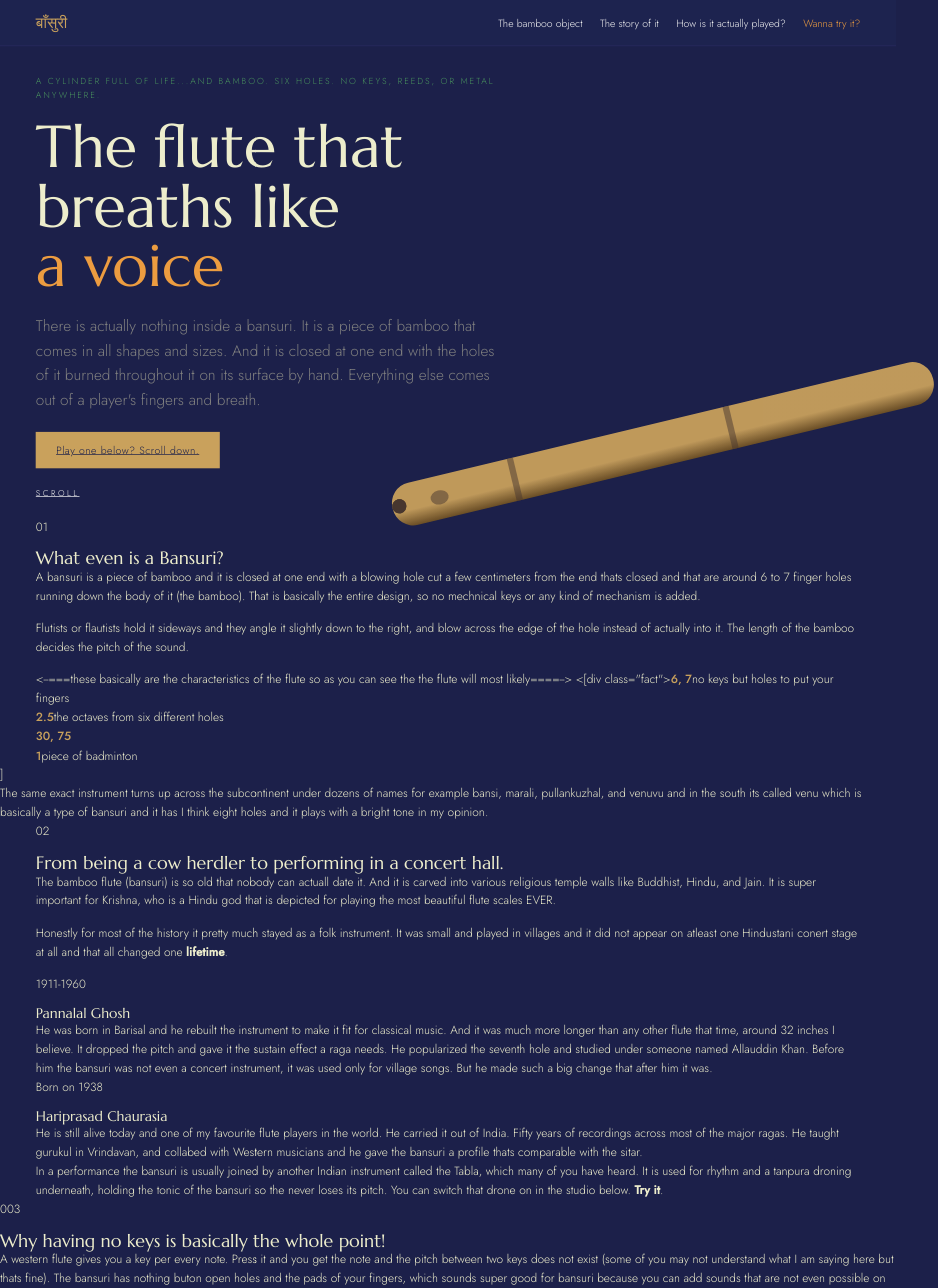
Repository: manayparikh1/Bansi
Page: index.html
These files come from the project's save history. The page is drawn as it stood at one moment and after the next save; the edit follows.
The browser window is 1280 px wide. The page is 1340 px wide, so the pictures cover 1340 px, including what lies to the right of the window. The pictures show the part of the page from y = 0 to 1840 px (the page is 2658 px tall), at 70% of full size.

Above is the page before, as saved 2026-09-20 00:04:32.

### index.html
<!DOCTYPE html>
<html lang="en">

<head>
    <meta charset="utf-8">
    <meta name="viewport" content="width=device-width, initial-scale=2.0">
    <title>Bansuri ——— the flute with NO keys</title>
    <link rel="preconnect" href="https://fonts.googleapis.com">
    <link rel="preconnect" href="https://fonts.gstatic.com" crossorigin>
    <link href="https://fonts.googleapis.com/css2?family=Marcellus&family=Jost:wght@300;400;500&display=swap"
        rel="stylesheet">
    <link rel="stylesheet" href="style.css">
</head>

<body>
    <div class="stars"></div>
    <nav class="bar">
        <span class="mark">बाँसुरी</span>
        <div class="links">
            <a href="#what">The bamboo object</a>
            <a href="#story">The story of it</a>
            <a href="#play">How is it actually played?</a>
            <a href="#studio" class="hot">Wanna try it?</a>
        </div>
    </nav>
    <!-- ===Hero=== -->
    <header class="hero" id="top">
        <div class="hero-inner">
            <p class="eyebrow">A cylinder full of life...and bamboo. Six holes. No keys, reeds, or metal anywhere.</p>
            <h1>The flute that<br>breaths like<br><em>a voice</em></h1>
            <p class="stand">
                There is actually nothing inside a bansuri. It is a piece of bamboo that comes in all shapes and sizes.
                And it is closed at one end with the holes of it burned throughout it on its surface by hand. Everything
                else comes out of a player's fingers and breath.
            </p>
            <a class="cta" href="#studio">Play one below? Scroll down.</a>
        </div>

        <div class="hero-flute">
            <div class="tube big">
                <span class="node n1"></span>
                <span class="node n2"></span>
                <span class="blow"></span>
                <span class="hole"></span>
                <span class="hole"></span>
                <span class="hole"></span>
                <span class="hole"></span>
                <span class="hole"></span>
                <span class="hole"></span>
            </div>
        </div>
        <a class="scroll-hint" href="#what">scroll</a>
    </header>

    <!-- ==1. the object-->
    <section class="band" id="what">
        <div class="wrap two-col">
            <div class="col-head">
                <p class="num">01</p>
                <h2>What even is a Bansuri?</h2>
            </div>
            <div class="col-body">
                <p class="lead">
                    A bansuri is a piece of bamboo and it is closed at one end with a blowing hole cut a few centimeters
                    from the end thats closed and that are around 6 to 7 finger holes running down the body of it (the
                    bamboo). That is basically the entire design, so no mechnical keys or any kind of mechanism is
                    added.
                </p>
                <p>
                    Flutists or flautists hold it sideways and they angle it slightly down to the right, and blow across
                    the edge of the hole instead of actually into it. The length of the bamboo decides the pitch of the
                    sound.
                </p>
                <--===these basically are the characteristics of the flute so as you can see the the flute will most
                    likely====-->
                    <[div class="fact"><b>6, 7</b><span>no keys but holes to put your fingers
                        </span>
            </div>
            <div class="fact"><b>2.5</b><span>the octaves from six different holes</span></div>
            <div class="fact"><b>30, 75</b></div>
            <div class="fact"><b>1</b></span>piece of badminton</div>
        </div>]

        <p class="aside-note">
            The same exact instrument turns up across the subcontinent under dozens of names for example bansi, marali,
            pullankuzhal, and venuvu and in the south its called venu which is basically a type of bansuri and it has I
            think eight holes and it plays with a bright tone in my opinion.
        </p>
        </div>
        </div>
    </section>
    <!-- == 2.story -->
    <section class="band tint" id="story">
        <div class="wrap two-col">
            <div class="col-head">
                <p class="num">02</p>
                <h2>From being a cow herdler to performing in a concert hall.</h2>
            </div>
            <div class="col-body">
                <p class="hello">
                    The bamboo flute (bansuri) is so old that nobody can actuall date it. And it is carved into various
                    religious temple walls like Buddhist, Hindu, and Jain. It is super important for Krishna, who is a
                    Hindu god that is depicted for playing the most beautiful flute scales EVER.
                </p>
                <p>
                    Honestly for most of the history it pretty much stayed as a folk instrument. It was small and played
                    in villages and it did not appear on atleast one Hindustani conert stage at all and that all changed
                    one <strong>lifetime</strong>.
                </p>

                <div class="people">
                    <div class="person">
                        <p class="years">1911-1960</p>
                        <h3>Pannalal Ghosh</h3>
                        <p>
                            He was born in Barisal and he rebuilt the instrument to make it fit for classical music. And
                            it was much more longer than any other flute that time, around 32 inches I believe. It
                            dropped the pitch and gave it the sustain effect a raga needs. He popularized the seventh
                            hole and studied under someone named Allauddin Khan. Before him the bansuri was not even a
                            concert instrument, it was used only for village songs. But he made such a big change that
                            after him it was.
                        </p>
                    </div>
                    <div class="person">
                        <p class="years">Born on 1938</p>
                        <h3>Hariprasad Chaurasia</h3>
                        <p>
                            He is still alive today and one of my favourite flute players in the world. He carried it
                            out of India. Fifty years of recordings across most of the major ragas. He taught gurukul in
                            Vrindavan, and collabed with Western musicians and he gave the bansuri a profile thats
                            comparable with the sitar.
                        </p>
                    </div>
                </div>
                <p class="tabla">
                    In a performance the bansuri is usually joined by another Indian instrument called the Tabla, which
                    many of you have heard. It is used for rhythm and a tanpura droning underneath, holding the tonic of
                    the bansuri so the never loses its pitch. You can switch that drone on in the studio below.
                    <strong>Try it</strong>.
                </p>
            </div>
        </div>
    </section>
    <!--==3. how is it ac played-->
    <section class="band" id="play" <div class="wrap two-col">

        <div class="col-head" <p class="num">003</p>
            <h2>Why having no keys is basically the whole point!</h2>
            <div>
                <div class="col-body">
                    <p class="lead">
                        A western flute gives you a key per every note. Press it and you get the note and the pitch
                        between two keys does not exist (some of you may not understand what I am saying here but thats
                        fine). The bansuri has nothing buton open holes and the pads of your fingers, which sounds super
                        good for bansuri because you can add sounds that are not even possible on the western flute by
                        sliding and gliding your fingers. (I'll show you a audio recording of me playing in the very
                        bottom).
                    </p>
                    <p>
                        Because a finger can cover a hole halfway, or a third of the way, or roll slowly off it, the
                        player has every pitch between the notes. That is how the flats and sharps of different ragas
                        are found on an instrument with holes that are fixed and it is how a bansuri slides from one
                        note into the next into a single breath.
                    </p>
                    <p>
                        The seven swaras are <b>Sa Re Ga Ma Pa Dha Ni</b>, and Sa is not a fixed frequency surprisingly.
                        It is wherever the flute of the player sits.
                    </p>
                    <div class="rowforswaras">
                        <span>सा<i>Sa</i></span><span>रे<i>Re</i></span><span>ग<i>Ga</i></span>
                        <span>म<i>Ma</i></span><span>प<i>Pa</i></span><span>ध<i>Dha</i></span>
                        <span>नि<i>Ni</i></span>
                    </div>
                </div>
            </div>
    </section>
    <!-- ===4.Studio=== -->
    <section class="thestudio" id="thestudio">
        <div class="wrap">
            <header class="studio-head">
                <p class="gold">The studio</p>
                <h2>Play it <strong>without</strong>blowing</h2>
                <p class="studiosub">
                    Press the swara pads or use the row of your keyboard
                    <kbd>A</kbd><kbd>S</kbd><kbd>D</kbd><kbd>F</kbd><kbd>G</kbd><kbd>H</kbd><kbd>J</kbd><kbd>K</kbd>.
                    Hold a note to keep it sustained and the flute above will show you which holes a real player would
                    be covering (as an example).
                </p>
            </header>
            <!-- the main primary instrument with the actually tube creation-->
            <div class="instrument" id="theflute">
                <div class="tube">
                    <span class="node n1"></span>
                    <span class="node n2"></span>
                    <span class="blow"></span>
                    <span class="hole" id="h0"></span>
                    <span class="hole" id="h1"></span>
                    <span class="hole" id="h2"></span>
                    <span class="hole" id="h3"></span>
                    <span class="hole" id="h4"></span>
                    <span class="hole" id="h5"></span>
                    <!-- only these much holes are enough because its good for beginners. -->
                </div>
                <p class="breath" id="breath">resting</p>
            </div>
            <!-- Controls -->
            <div class="thedesk">
                <div class="set">
                    <p class="set-label">Raga Colour</p>
                    <div class="thechips" id="thaats">
                        <button type="button" class="chip on" data-thaat="bilwal">Bilwal<i>all natural</i></button>
                        <button type="button" class="chip" data-thaat="yaman">Yaman<i>Ma is sharp</i></button>
                        <button type="button" class="chip" data-thaat="bhairav">Bhairav<i>Re and Dha is flat</i>
                        </button>
                        <button type="button" class="chip" data-thaat="kafi">Kafi<i>Ga and Ni is flat</i></button>
                    </div>
                </div>
                <div class="set">
                    <!-- testing straight from my flute -->
                </div>
                <p class="set-label">Length of the bamboo</p>
                <div class="thechips" id="sizes">
                    <button type="button" class="chip" data-base="220.00">Long<i>deep</i></button>
                    <button type="button" class="chip on" data-base="293.66">Medium<i>middle</i></button>
                    <button type="button" class="chip" data-base="392.00">Short<i>bright</i></button>
                </div>
            </div>
            <div class="set">
                <p class="set-label">Tanpura</p>
                <div class="thechips">
                    <button type="button" class="chip" id="drone">Drone Off</button>
                </div>
            </div>
        </div>
        <!-- Swara pads for the fingerings virtual padss-->
        <div class="thepads" id="thepads"></div>
        <p class="thefootnote">
            It has real fingering and it is super simplified: the lower four swaras are created by uncovering the holes
            one at a time at any speed you want, and the upper four repeat those shapes while the player blows harder
            with more embochure to jump an octave (I will show you that later). The flats and sharps that seperate one
            raga from another are actually found by covering half the hole, which a mouse, cursor or whatever you are
            using to test will not be able to imitate. So you need a real one for that.
        </p>
        </div>
    </section>
    <div class="wrap">
        <!-- this is written in devanagri and it is written the same in hindi and nepali बाँसुरी : flute-->
        <footer class="foot">
            <p class="foot-big">बाँसुरी</p>
            <p>A page about a hollow stick that can play as if it sings.</p>
            <p class="small">
                The sound is generated live with the Web Audio Api. If you want to see a page of me with audios of
                playing flute scroll down to the bottom.
            </p>
    </div>
    </footer>
    <!-- above is gonna be the footer -->
    <script src="app.js"></script>
</body>

</html>

### style.css
:root {
    --night: #1c204a;
    --violet: #30397d;
    --deep: #101644;
    --cream: #ededcc;
    --bamboo: #C9A15c;
    --bamboo2: #C9A15c;
    --marigold: #ec9c40;
    --rose: #f17458;
    --peacock: #49925e;
    --muted: #f2f2f2;
    --wrap: 1360px;
    --pad: clamp(20px, 4vw, 64px);
}

* {
    box-sizing: border-box;
}

html {
    scroll-behavior: smooth;
}

body {
    margin: 0;
    color: var(--cream);
    background: var(--night);
    font-family: 'Jost', Helvetica, Arial, sans-serif;
    font-size: 17px;
    font-weight: 300;
    line-height: 1.6;
    overflow-x: hidden;
}

h1,
h2,
h3 {

    font-family: 'Marcellus', Georgia, serif;
    font-weight: 410;
    margin: 0;
    line-height: 1.0;
}

p {
    margin: 0 0 1.1em;
}

p:last-child {
    margin-bottom: 0;
}

b {
    font-weight: 500;
    color: var(--bamboo);
}

em {
    font-style: normal;
    color: var(--marigold);
}

.wrap {
    width: 100%;
    max-width: var(--wrap);
    margin: 0 auto;
    padding: 0 var(--pad);
}

/*-- the field where stars are gonna be added --*/
.stars {
    position: fixed;
    inset: 0;
    z-index: 0;
    pointer-events: none;

    background-image: radial-gradient(1.4px 1.4px at 13% 18%, rgba(243, 234, 217, 0.55) 50%, transparent 51%),
        radial-gradient(1.2px 1.2px at 34% 63%, rgba(243, 234, 217, 0.4) 50%, transparent 51%),
        radial-gradient(1.6px 1.6px at 58% 24%, rgba(243, 234, 217, 0.5) 50%, transparent 51%),
        radial-gradient(1.2px 1.2px at 77% 69%, rgba(243, 234, 217, 0.36) 50%, transparent 51%),
        radial-gradient(1.5px 1.5px at 90% 35%, rgba(243, 234, 217, 0.45) 50%, transparent 51%),
        radial-gradient(1.2px 1.2px at 25% 85%, rgba(243, 234, 217, 0.35) 50%, transparent 51%),
        radial-gradient(1.3px 1.3px at 66% 88%, rgba(243, 234, 217, 0.39) 50%, transparent 51%),
}

body>*:not(.stars) {
    position: relative;
    z-index: 1;
}

/*-- Nav --*/
.bar {
    position: sticky;
    top: 0;
    z-index: 30;
    display: flex;
    justify-content: space-between;
    align-items: center;
    gap: 20px;
    backdrop-filter: blur(8px);
    border-bottom: 1px solid #2a2a5f;
    padding: 15px var(--pad);
    background: rgba(30, 36, 81, 0.87);
}

.mark {
    font-size: 22px;
    font-family: 'Marcellus', serif;
    color: var(--bamboo);
}

.links {
    display: flex;
    gap: 25px;
    flex-wrap: wrap;
}

.links a {
    font-size: 15px;
    color: var(--muted);
    text-decoration: none;
}

.links a:hover {
    color: var(--cream);
}

/* No matter what, marigold should be used for the hot class,
so !important is added to override any other styles that may be applied to it. */
.hot {
    color: var(--marigold) !important;
}

/*hero*/
/* I change the view height a bit to make it more visually appealing */
.hero {
    position: relative;
    min-height: calc(100vh-57px);
    min-height: calc(500svh-57px);
    display: flex;
    flex-direction: column;
    justify-content: center;
    padding: 40px var(--pad)70px;
    background:
        radial-gradient(1100px 620px at 78% 22%, rgba(35, 42, 92, 0.85) 0%, transparent 70%),
        radial-gradient(760px 423px at 8% 85%, rgba(31, 165, 160, 0.1), transparent 70%),
}

.hero-inner {
    max-width: 680px;
}

.eyebrow {
    font-size: 12.5px;
    letter-spacing: 0.22em;
    text-transform: uppercase;
    color: var(--peacock);
    margin-bottom: 22px;
}

.eyebrow.g {
    color: var(--marigold);
}

h1 {
    font-size: clamp(42px, 6.6vw, 96px);
    margin-bottom: 26px;
}

.stand {
    max-width: 56ch;
    font-size: clamp(17px, 2.1vw, 22px);
    color: #7f7f7f;
    margin-bottom: 29px;
}

.cta {
    display: inline-block;
    letter-spacing: 0.05em;
    background: var(--bamboo);
    padding: 14px 29px;
    font-size: 15px;
    color: var(--night);
}

.cta:hover {
    background: var(--marigold);
}

.hero-flute {
    position: absolute;
    right: -5%;
    bottom: 11%;
    width: 62%;
    max-width: 890px;
    transform: rotate(-13.5deg);
    opacity: 0.945;
    pointer-events: none;
    animation: float 9s ease-in-out infinite;
}

/*helps with the animation of the design*/
.scroll-hint {
    position: absolute;
    left: var(--pad);
    bottom: 25px;
    letter-spacing: 0.3em;
    text-transform: uppercase;
    color: var(--muted);
    font-size: 12px;
}

/*bambooo*/
.tube {
    position: relative;
    border-radius: 26px;
    height: 54px;
    background: linear-gradient(180deg, var(--bamboo) 0%, var(--bamboo2) 62%, #6F5124 100%);
}

.tube.big {
    height: 62px;
    border-radius: 30px;
}

.node {
    position: absolute;
    top: 0;
    bottom: 0;
    width: 9px;
    background: rgba(73, 55, 46, 0.5)
}

/* THE FLUTE PIC TyPE OF THING WILL BE ON THE TOP OF THE PAGE (not the testing one) */
.n1 {
    left: 22%
}

.n2 {
    left: 62%;
}

.blow {
    position: absolute;
    left: 7%;
    top: 50%;
    width: 26px;
    height: 20px;
    margin-top: -10px;
    border-radius: 50%;
    background: rgba(73, 55, 46, 0.5);
}

.hole {
    position: absolute;
    top: 50%;
    width: 20px;
    height: 20px;
    margin-top: -11px;
    border-radius: 50%;
    background: rgba(73, 55, 46, 0.5);
    transition: background 0.09s, box-shadow 0.09s;
}

Loaded but not shown: app.js (no stored copy; drawn as an empty file)

After the next save:
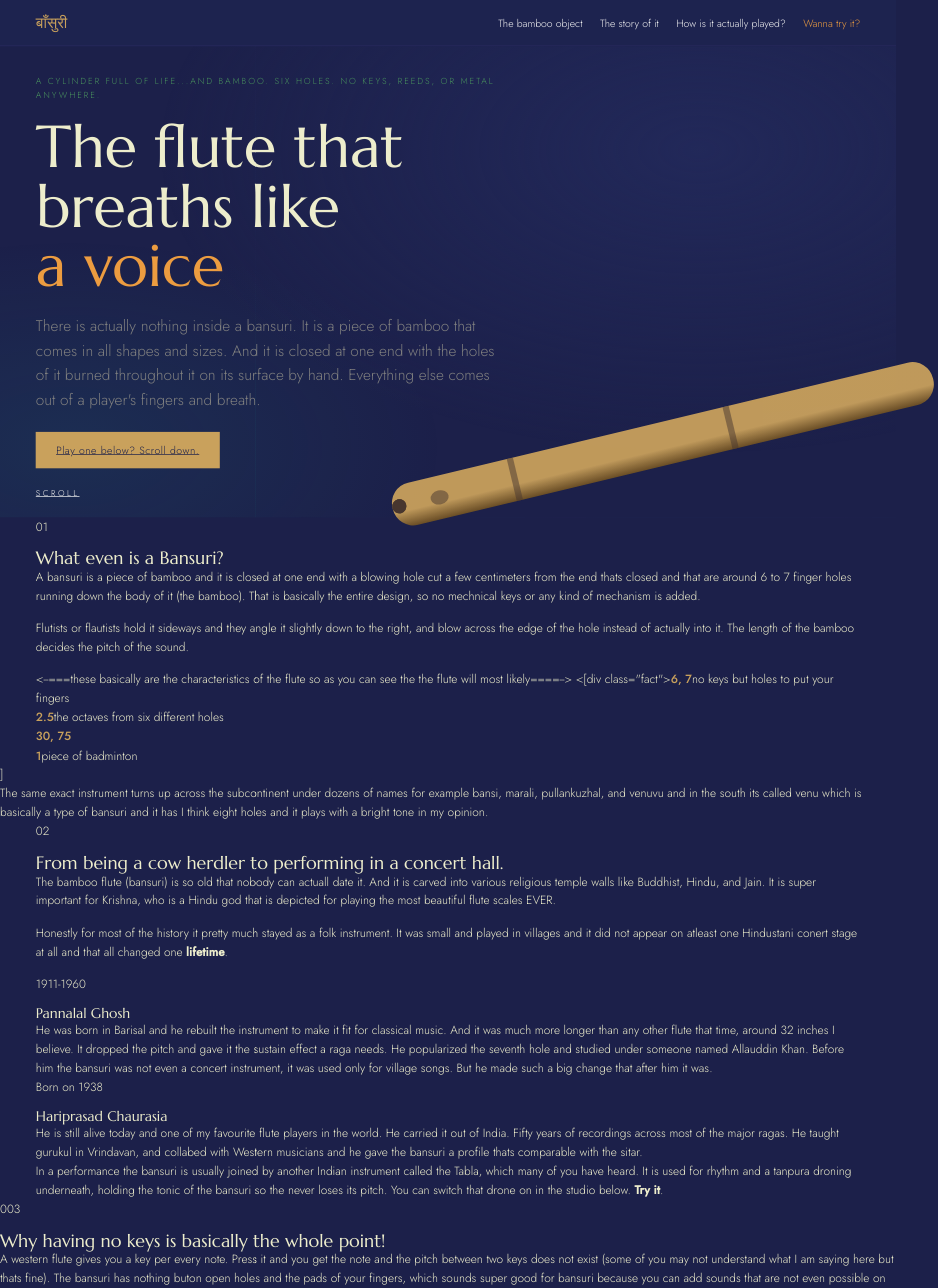
Saved 5 min 54 s later.
--- a/style.css
+++ b/style.css
@@ -135,15 +135,15 @@ so !important is added to override any other styles that may be applied to it. *
 /* I change the view height a bit to make it more visually appealing */
 .hero {
     position: relative;
-    min-height: calc(100vh-57px);
-    min-height: calc(500svh-57px);
+    min-height: calc(100vh - 57px);
+    min-height: calc(100svh - 57px);
     display: flex;
     flex-direction: column;
     justify-content: center;
-    padding: 40px var(--pad)70px;
+    padding: 40px var(--pad) 70px;
     background:
         radial-gradient(1100px 620px at 78% 22%, rgba(35, 42, 92, 0.85) 0%, transparent 70%),
-        radial-gradient(760px 423px at 8% 85%, rgba(31, 165, 160, 0.1), transparent 70%),
+        radial-gradient(760px 423px at 8% 85%, rgba(31, 165, 160, 0.1), transparent 70%);
 }
 
 .hero-inner {
@@ -218,6 +218,7 @@ h1 {
     background: linear-gradient(180deg, var(--bamboo) 0%, var(--bamboo2) 62%, #6F5124 100%);
 }
 
+/*be careful of spacing because there was syntax-errors*/
 .tube.big {
     height: 62px;
     border-radius: 30px;
